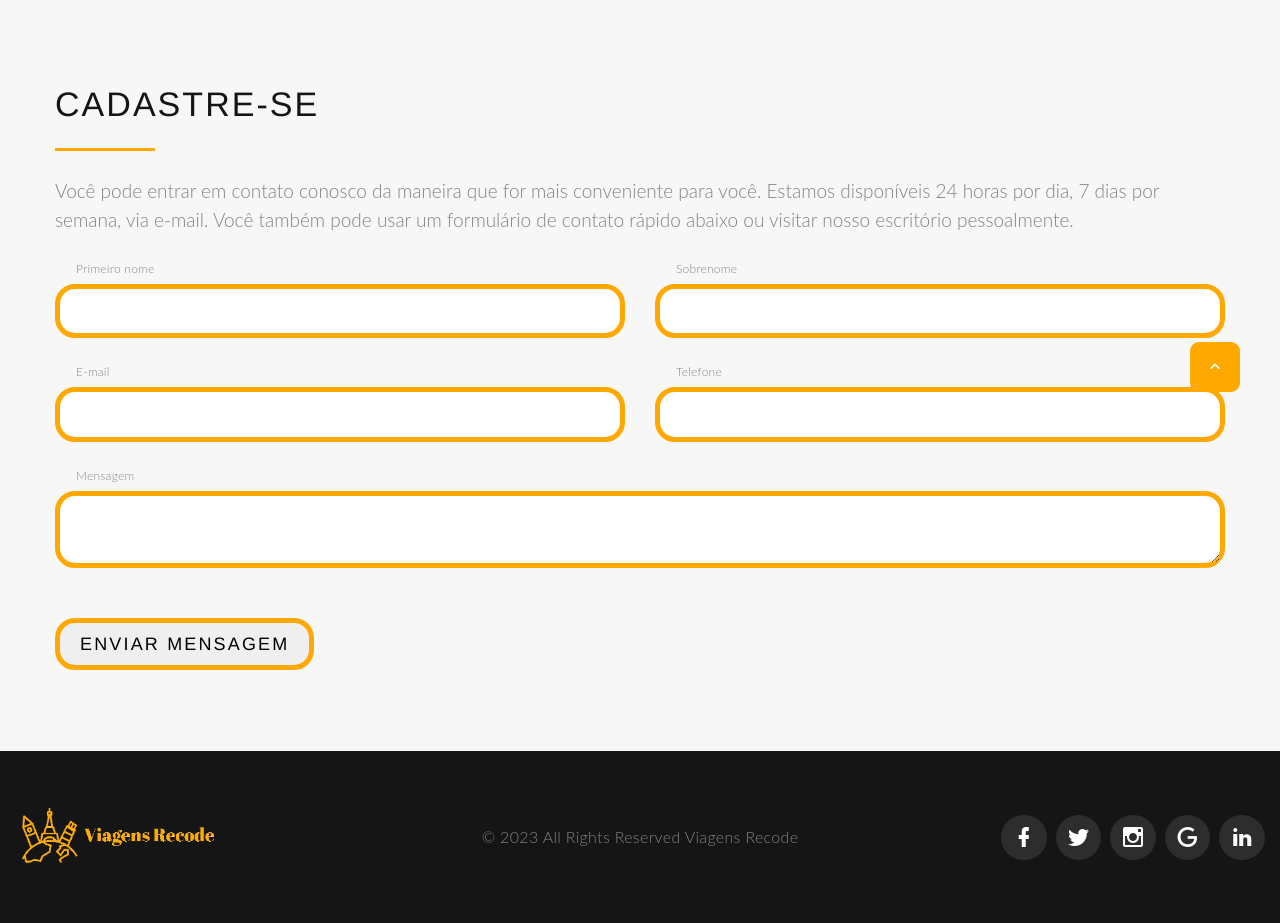
Repository: LiraS23/RecodePro2023-Modulo-4
Page: java/Modulo4/src/main/webapp/cliente.html
An editor plug-in stored every save of this project. The page is shown before and after the next save, followed by the edit.
The browser window is 1280 px wide. The pictures show the part of the page from y = 388 to 1311 px (the page is 1311 px tall).
Some web fonts or font styles are not loaded; a fallback is used.

Above is the page before, as saved 2023-10-28 14:22:36.

After the next save:
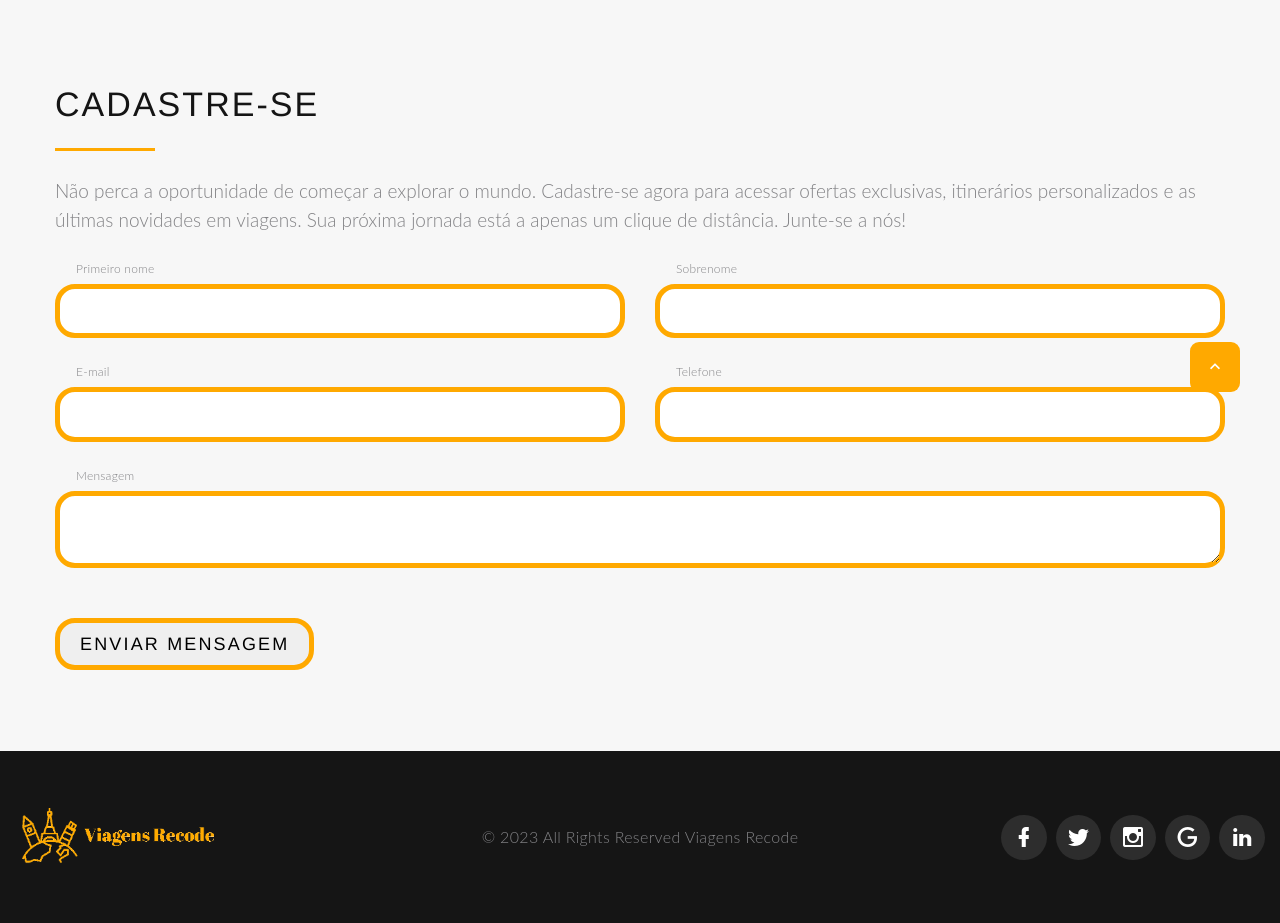
Saved 76 s later.
--- a/java/Modulo4/src/main/webapp/cliente.html
+++ b/java/Modulo4/src/main/webapp/cliente.html
@@ -57,8 +57,8 @@
 								</ul>
 							</div>
 						</div>
-						 <div class="rd-navbar-aside-right"><a class="button button-sm button-secondary button-nina"
-                                href="pedidos.html">Reserve um passeio agora</a></div>
+						<div class="rd-navbar-aside-right"><a class="button button-sm button-secondary button-nina"
+								href="pedidos.html">Reserve um passeio agora</a></div>
 					</div>
 				</nav>
 			</div>
@@ -82,11 +82,10 @@
 							<div class="section section-lg">
 								<h3>Cadastre-se</h3>
 								<hr class="divider divider-left divider-secondary">
-								<p class="big">Você pode entrar em contato conosco da maneira que for mais conveniente
-									para você. Estamos disponíveis
-									24 horas por dia, 7 dias por semana, via e-mail. Você também pode usar um formulário
-									de contato rápido abaixo ou visitar nosso
-									escritório pessoalmente.</p>
+								<p class="big">Não perca a oportunidade de começar a explorar o mundo. Cadastre-se agora
+									para acessar ofertas exclusivas, itinerários personalizados e as últimas novidades
+									em viagens. Sua próxima jornada está a apenas um clique de distância. Junte-se a
+									nós!</p>
 								<!-- RD Mailform-->
 								<form class="rd-mailform" data-form-output="form-output-global" data-form-type="contact"
 									method="post" action="bat/rd-mailform.php">
